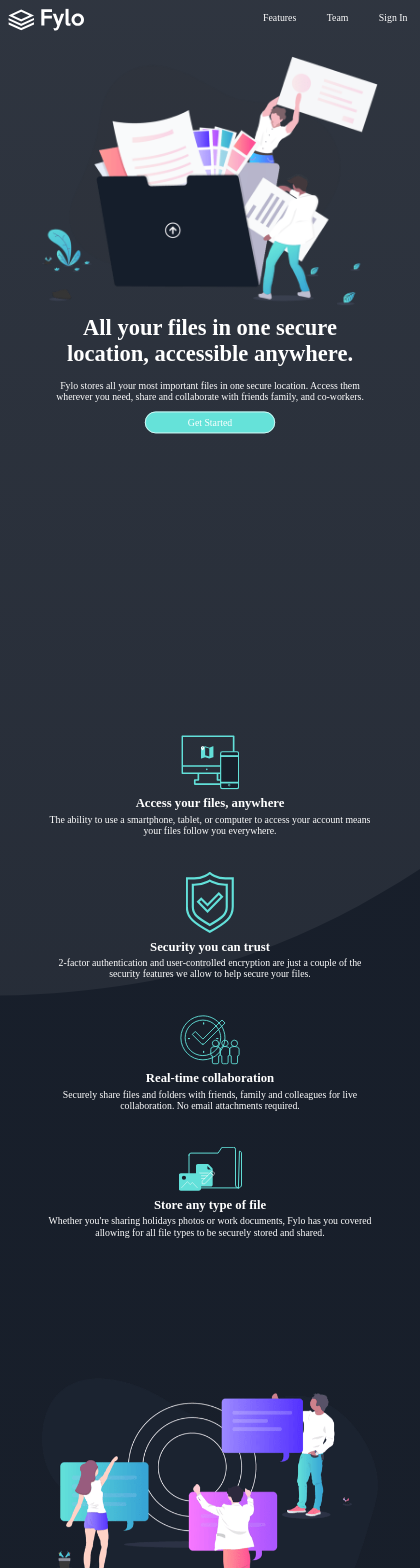
Repository: pboi18/SideHustle
Page: index.html
An editor plug-in stored every save of this project. The page is shown before and after the next save, followed by the edit.
The browser window is 600 px wide. The pictures show the part of the page from y = 0 to 2240 px (the page is 4284 px tall), at 70% of full size.

Above is the page before, as saved 2021-07-06 13:09:48.

After the next save:
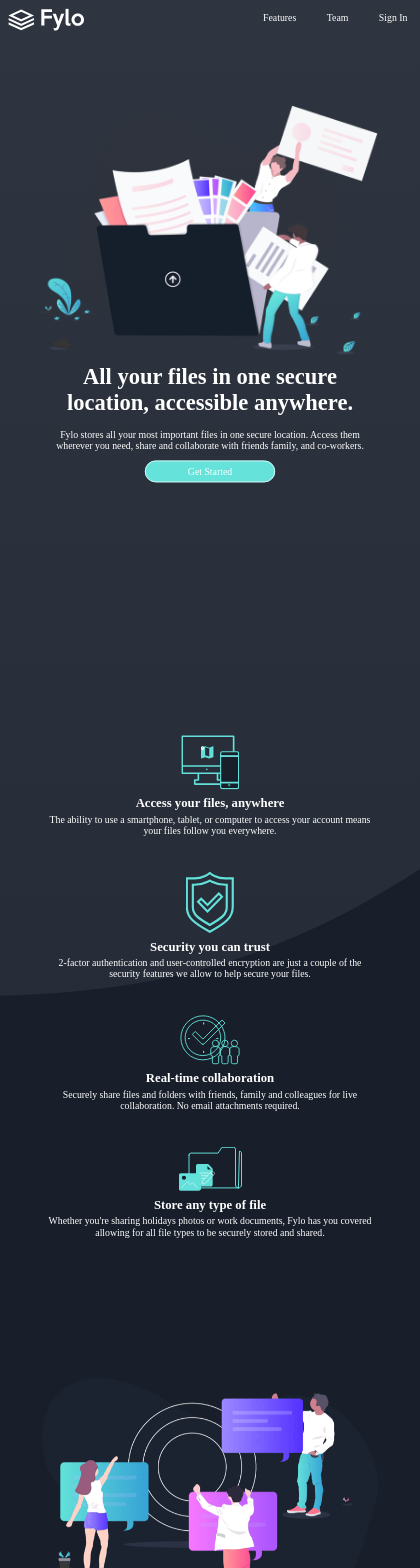
Saved 3 min 9 s later.
--- a/style.css
+++ b/style.css
@@ -332,6 +332,11 @@
 
 
 @media only screen and (max-width: 767px) {
+
+    .get-started {
+        margin-top: 70px;
+    }
+
     .get-started img,
     .get-started h1,
     .get-started p {
